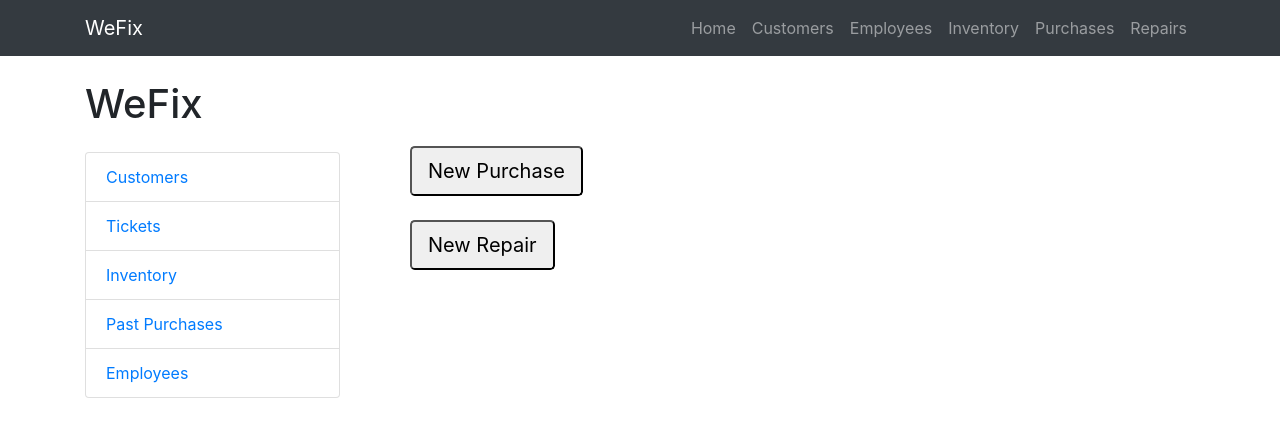
Repository: Map2g/WeFixPOS
Page: http://localhost/pages/index.php
The author's editor kept a record of every edit. The page is drawn from the files as they stood at one moment, then again after the next edit.
The browser window is 1280 px wide. The pictures show the whole page.
The page is run by PHP 8.4 with error messages shown; the project is at /var/www/html/. Other server files are loaded and not shown.

Above is the page before.

### pages/index.php
<?php include ('top.php'); session_start();?>

  <!-- Page Content -->
  <div class="container">

    <div class="row">

      <div class="col-lg-3">

        <h1 class="my-4">WeFix</h1>
        <div class="list-group">
          <a href="Customers.php" class="list-group-item">Customers</a>
          <a href="Repairs.php" class="list-group-item">Tickets</a>
          <a href="Inventory.php" class="list-group-item">Inventory</a>
          <a href="Purchase.php" class="list-group-item">Past Purchases</a>
          <a href="Employees.php" class="list-group-item">Employees</a>
        </div>

      </div>
      <!-- /.col-lg-3 -->

      <div class="col-lg-9">

        <div class="row">

          <div class="col-lg-4 col-md-6 mb-4" style="top:90px; left:40px;">
              <a href="AddPurchaseForm.php"><button class="btn-lg">New Purchase</button></a>
          </div>
        </div>
        <!-- /.row -->
        <div class="row">
          <div class="col-lg-4 col-md-6 mb-4" style="top:90px; left:40px;">
            <a href="AddRepairFormGeneral.php"><button class="btn-lg">New Repair</button></a>
          </div>
        </div>

      </div>
      <!-- /.col-lg-9 -->



    </div>
    <!-- /.row -->

  </div>
  <!-- /.container -->

  <!-- Footer -->
  <!--<footer class="py-5 bg-dark fixed-bottom">-->
  <!--  <div class="container">-->
  <!--    <p class="m-0 text-center text-white">Copyright &copy; WeFix 2019</p>-->
  <!--  </div>-->
    <!-- /.container -->
  <!--</footer>-->

  <!-- Bootstrap core JavaScript -->
  <script src="vendor/jquery/jquery.min.js"></script>
  <script src="vendor/bootstrap/js/bootstrap.bundle.min.js"></script>

</body>

</html>

### pages/top.php
<!--Navbar included on every non-form page-->

<!DOCTYPE html>
<html lang="en">

<head>

  <meta charset="utf-8">
  <meta name="viewport" content="width=device-width, initial-scale=1, shrink-to-fit=no">
  <meta name="description" content="Database Project">
  <meta name="author" content="Team Wardia">

  <title>WeFix</title>

  <!-- Bootstrap core CSS -->
  <link href="vendor/bootstrap/css/bootstrap.min.css" rel="stylesheet">

  <!-- Custom styles for this template -->
  <link href="css/shop-homepage.css" rel="stylesheet">

</head>

<body>

  <!-- Navigation -->
  <nav class="navbar navbar-expand-lg navbar-dark bg-dark fixed-top">
    <div class="container">
      <a class="navbar-brand" href="index.php">WeFix</a>
      <h class="navbar-brand" style="color:#FFF; left:30px"></h>
      <button class="navbar-toggler" type="button" data-toggle="collapse" data-target="#navbarResponsive" aria-controls="navbarResponsive" aria-expanded="false" aria-label="Toggle navigation">
        <span class="navbar-toggler-icon"></span>
      </button>
      <div class="collapse navbar-collapse" id="navbarResponsive">
        <ul class="navbar-nav ml-auto">
          <li class="nav-item">
            <a class="nav-link" href="index.php">Home
              <span class="sr-only">(current)</span>
            </a>
          </li>
          <li class="nav-item">
            <a class="nav-link" href="Customers.php">Customers</a>
          </li>
          <li class="nav-item">
            <a class="nav-link" href="Employees.php">Employees</a>
          </li>
          <li class="nav-item">
            <a class="nav-link" href="Inventory.php">Inventory</a>
          </li>
          <li class="nav-item">
            <a class="nav-link" href="Purchase.php">Purchases</a>
          </li>
          <li class="nav-item">
            <a class="nav-link" href="Repairs.php">Repairs</a>
          </li>
        </ul>
      </div>
    </div>
  </nav>

<!--</html>-->

Loaded but not shown: css/shop-homepage.css (library)

After the next edit:
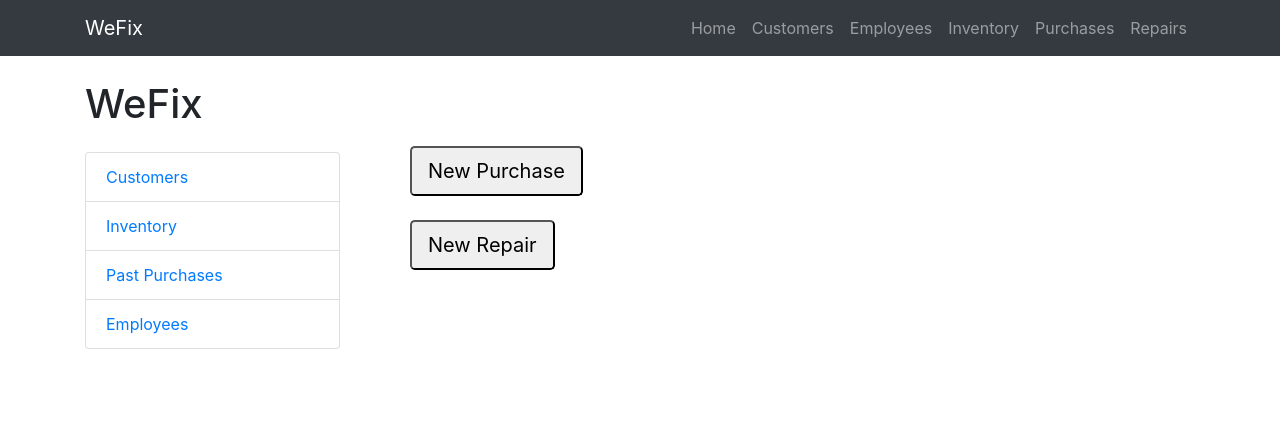
The edit:
--- a/pages/index.php
+++ b/pages/index.php
@@ -10,7 +10,7 @@
         <h1 class="my-4">WeFix</h1>
         <div class="list-group">
           <a href="Customers.php" class="list-group-item">Customers</a>
-          <a href="Repairs.php" class="list-group-item">Tickets</a>
+
           <a href="Inventory.php" class="list-group-item">Inventory</a>
           <a href="Purchase.php" class="list-group-item">Past Purchases</a>
           <a href="Employees.php" class="list-group-item">Employees</a>
